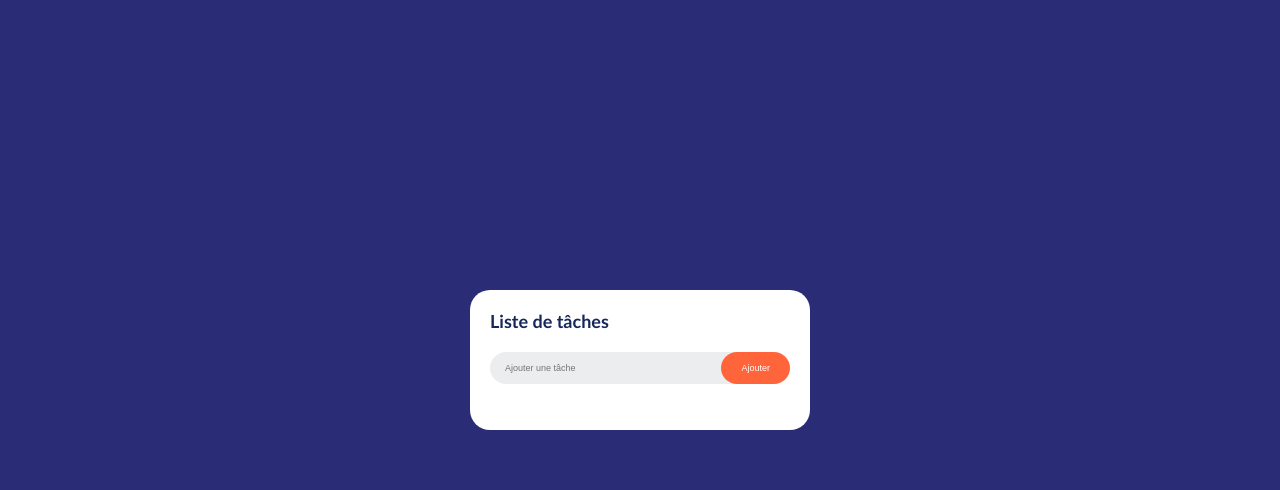
Repository: ndiemenguer/convertisseur
Page: / (app in todo-isep/)
The author's editor kept a copy of each file at every save. The page is drawn from the files as they stood at one save, then again after the next save.
The browser window is 1280 px wide. The pictures show the whole page.
The project was rebuilt for these pictures with package versions that can differ from the ones it lists, and the page was loaded fresh each time. Also part of the build but not shown: todo-isep/vite.config.js, todo-isep/src/Application.jsx, todo-isep/src/index.css.

Above is the page before, as saved 2023-05-06 12:51:28.

After the next save:
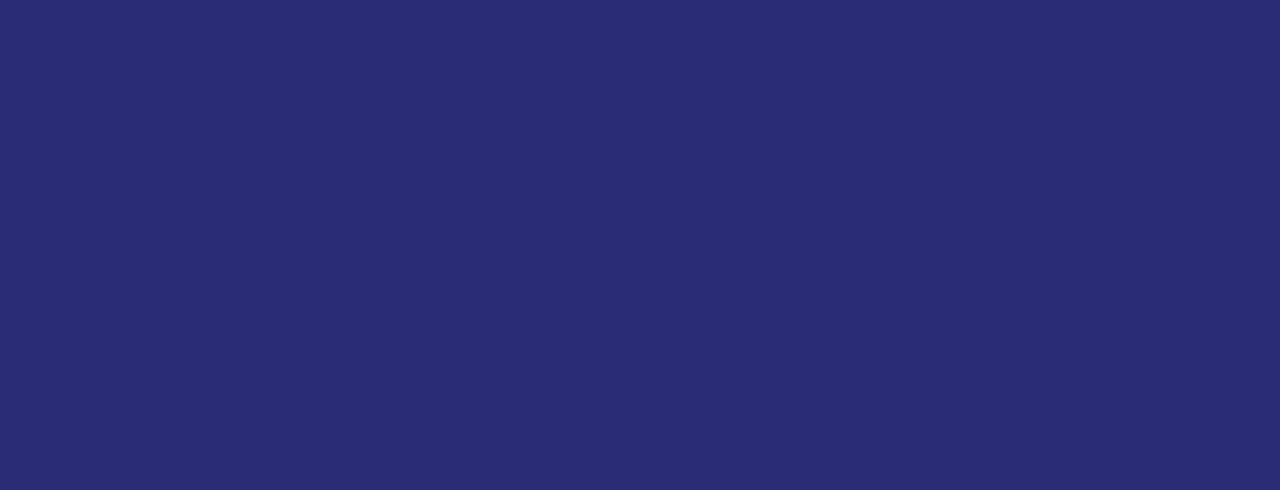
Console error: ReferenceError: Todo is not defined
Saved 57 s later.
--- a/todo-isep/src/components/TodoList.jsx
+++ b/todo-isep/src/components/TodoList.jsx
@@ -1,7 +1,13 @@
 import React from "react";
 
 function TodoList({ todos }) {
-  return <></>;
+  return (
+    <>
+      {todos.map((todo) => (
+        <Todo />
+      ))}
+    </>
+  );
 }
 
 export default TodoList;

After the save that followed:
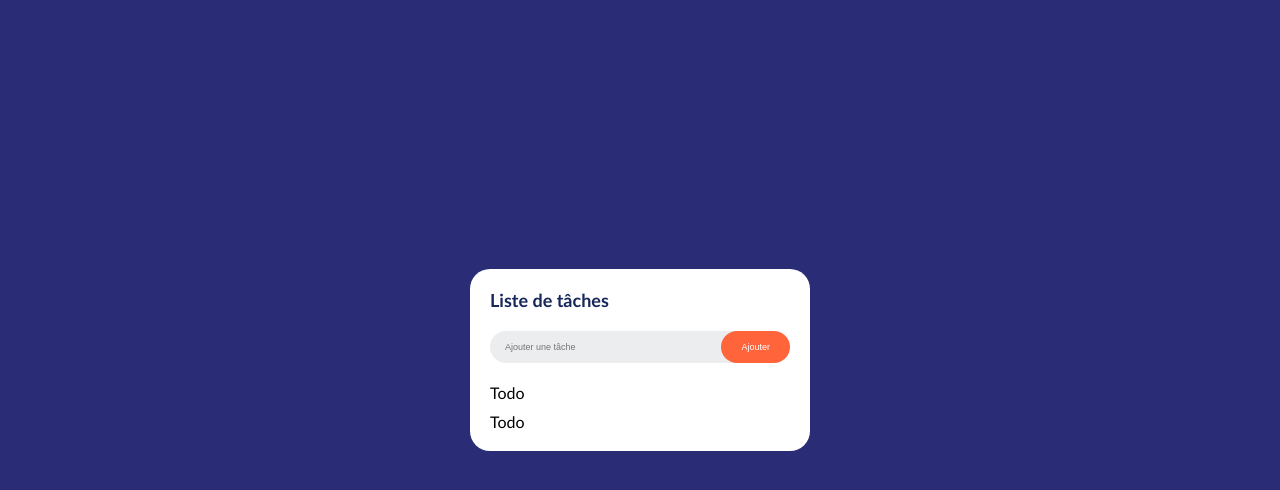
The error is gone.
Saved 20 s later.
--- a/todo-isep/src/components/TodoList.jsx
+++ b/todo-isep/src/components/TodoList.jsx
@@ -1,4 +1,5 @@
 import React from "react";
+import Todo from "./Todo";
 
 function TodoList({ todos }) {
   return (
